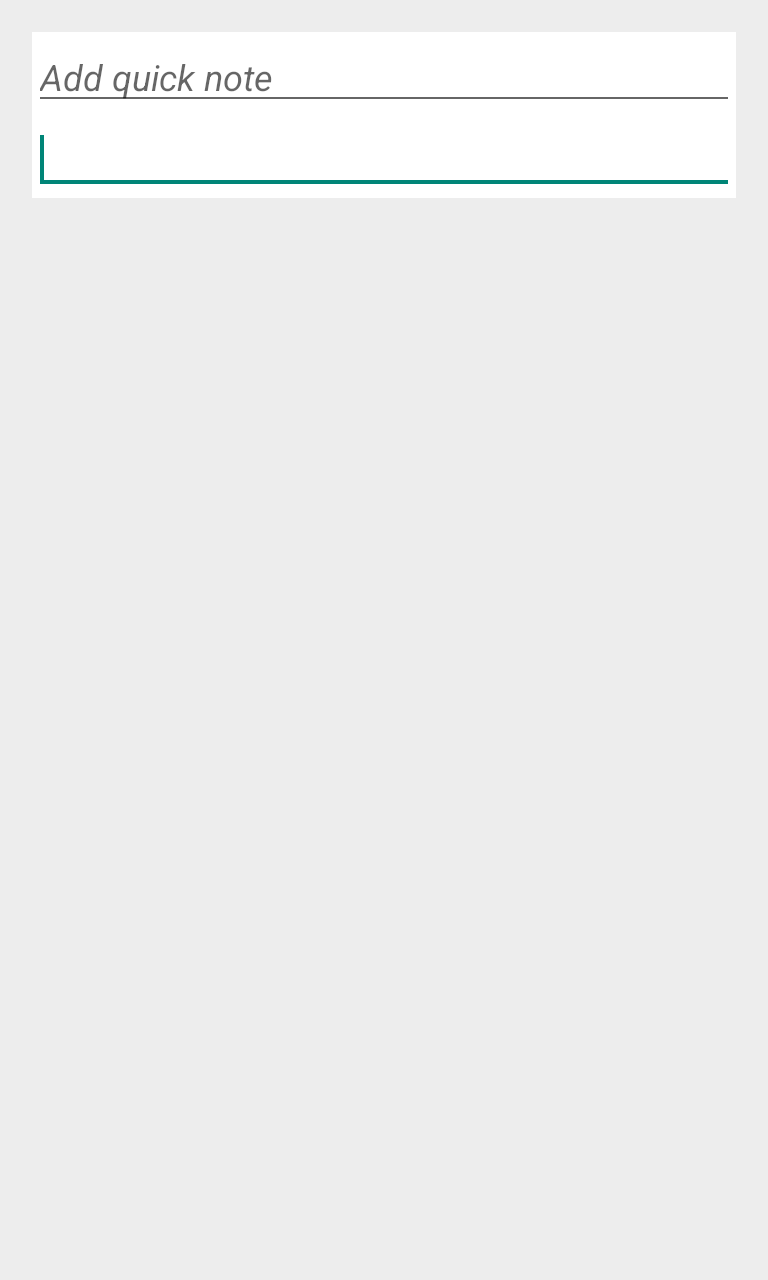
Repository: ishwormali/practices
Layout: Android/GoogleKeep/GoogleKeep/res/layout/fragment_main.xml
These files come from the project's save history. The layout is drawn as it stood at one moment and after the next save; the edit follows.
It is drawn on a 768 x 1280 px phone screen (xhdpi) without system bars, with theme Theme.Orangeboom; the app's code is not run.

Above is the layout before, as saved 2014-04-01 05:17:48.

After the next save:
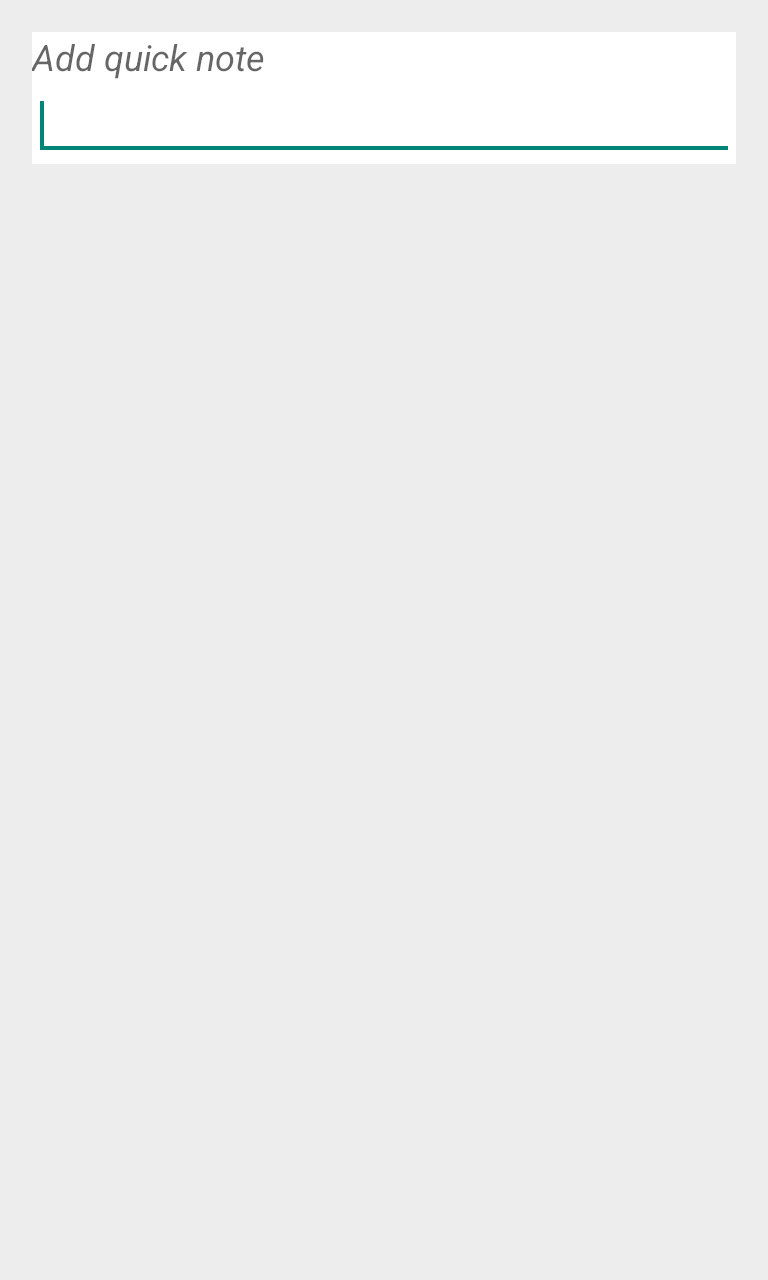
Saved 33 s later.
--- a/Android/GoogleKeep/GoogleKeep/res/layout/fragment_main.xml
+++ b/Android/GoogleKeep/GoogleKeep/res/layout/fragment_main.xml
@@ -22,7 +22,9 @@
             android:id="@+id/text_quicknote"
             android:layout_width="match_parent"
             android:layout_height="wrap_content"
-            android:ems="10"  android:hint="@string/add_quick_note" android:textColor="#F7F7F7" >
+            android:ems="10"  android:hint="@string/add_quick_note" android:textColor="#F7F7F7"
+            android:background="@drawable/edit_box"
+             >
 
             <requestFocus />
         </EditText>
